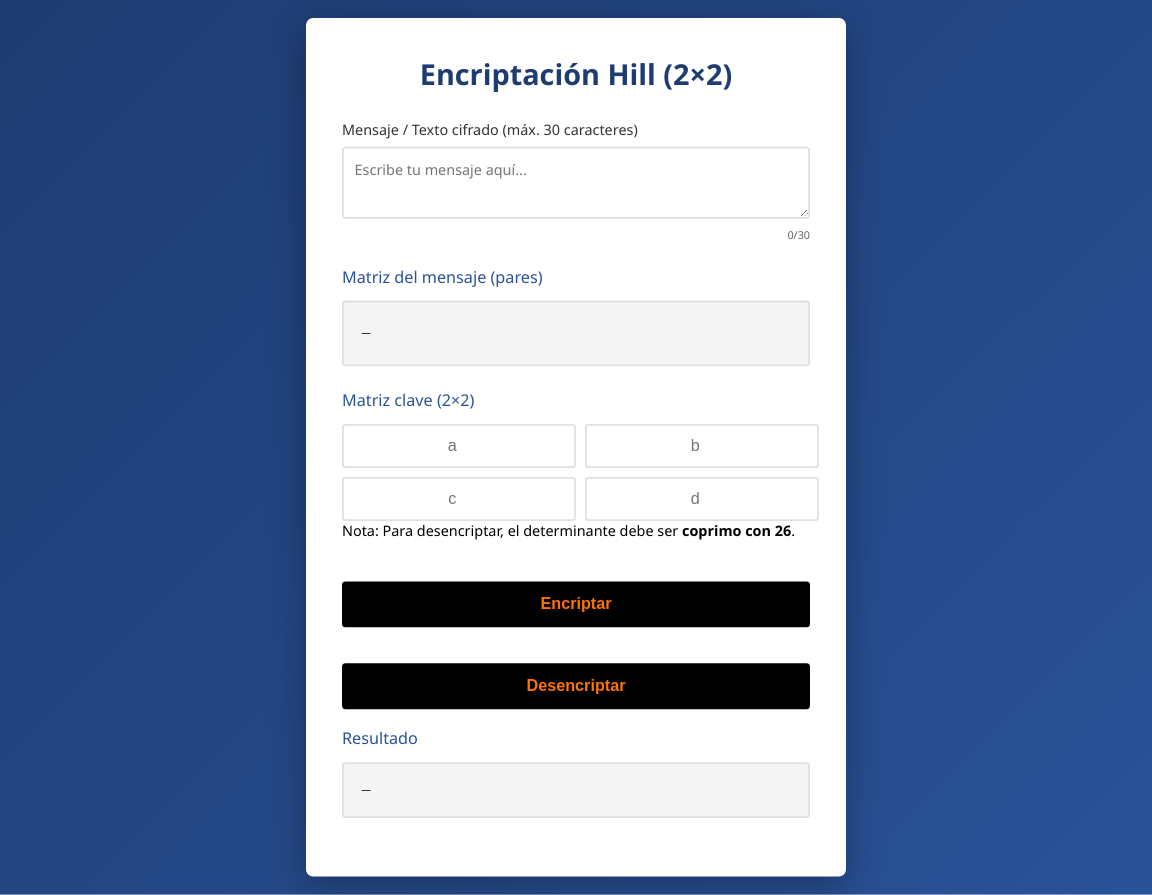
Repository: LeoTSW13/Clase-ejemplo-Algebra
Page: index.html
These files come from the project's save history. The page is drawn as it stood at one moment and after the next save; the edit follows.
The browser window is 1280 px wide. The pictures show the whole page, at 90% of full size.

Above is the page before, as saved 2025-11-26 10:31:40.

After the next save:
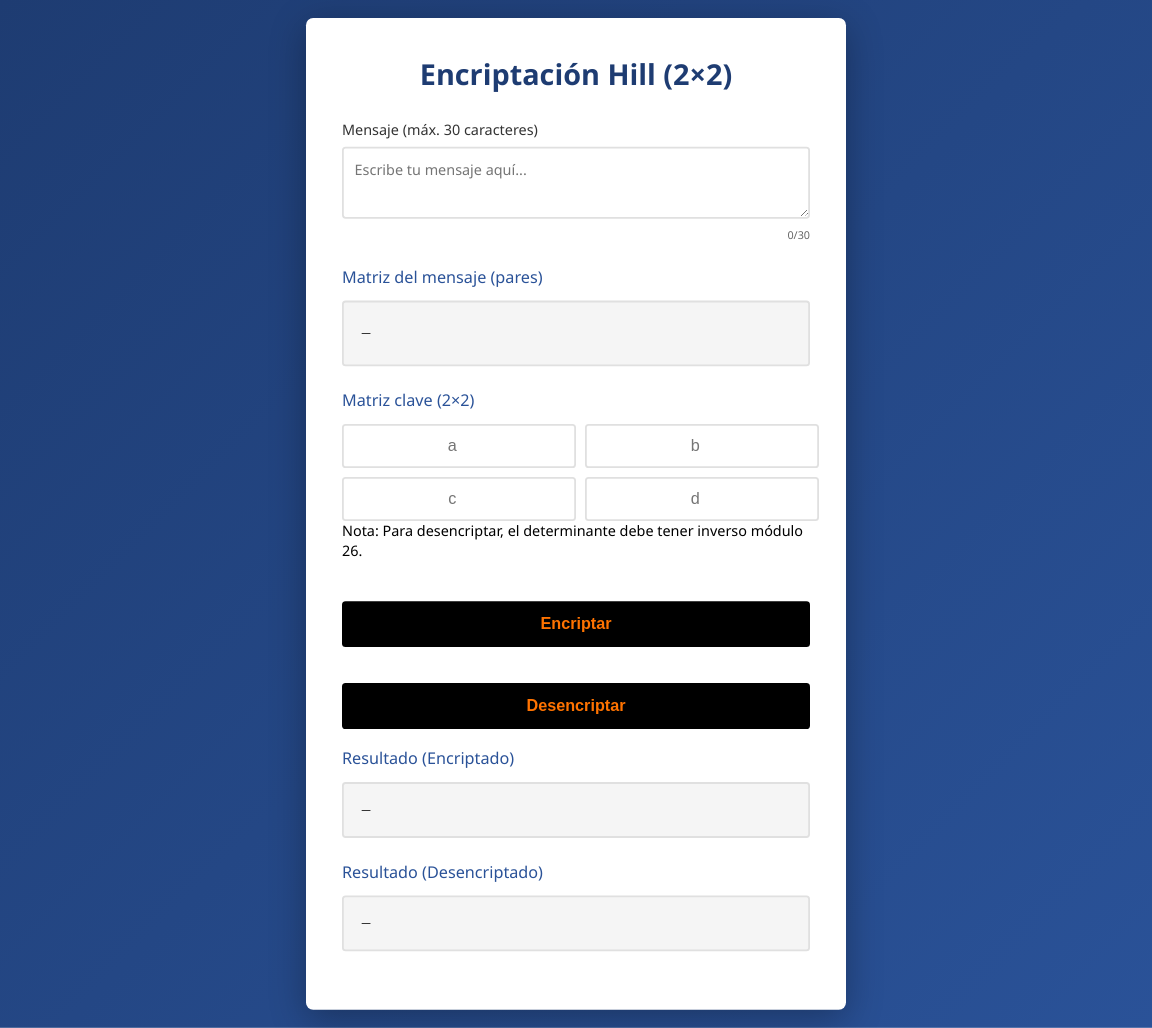
Saved 2 min 7 s later.
--- a/index.html
+++ b/index.html
@@ -10,17 +10,20 @@
     <div class="container">
         <h1>Encriptación Hill (2×2)</h1>
 
+        <!-- MENSAJE -->
         <div class="section">
-            <label for="mensaje">Mensaje / Texto cifrado (máx. 30 caracteres)</label>
+            <label for="mensaje">Mensaje (máx. 30 caracteres)</label>
             <textarea id="mensaje" maxlength="30" placeholder="Escribe tu mensaje aquí..."></textarea>
             <div class="char-count">0/30</div>
         </div>
 
+        <!-- MATRIZ DEL MENSAJE -->
         <div class="section">
             <h3>Matriz del mensaje (pares)</h3>
             <div id="matrizMensaje" class="matriz-display">—</div>
         </div>
 
+        <!-- MATRIZ CLAVE -->
         <div class="section">
             <h3>Matriz clave (2×2)</h3>
             <div class="matriz-input">
@@ -29,16 +32,27 @@
                 <input type="number" id="k21" placeholder="c">
                 <input type="number" id="k22" placeholder="d">
             </div>
-            <div class="hint">Nota: Para desencriptar, el determinante debe ser <b>coprimo con 26</b>.</div>
+            <div class="hint">
+                Nota: Para desencriptar, el determinante debe tener inverso módulo 26.
+            </div>
         </div>
 
+        <!-- BOTONES -->
         <button id="encriptar">Encriptar</button>
-        <button id="desencriptar">Desencriptar</button>
+        <button id="desencriptar" class="secondary">Desencriptar</button>
 
+        <!-- RESULTADO CIFRADO -->
         <div class="section">
-            <h3>Resultado</h3>
+            <h3>Resultado (Encriptado)</h3>
             <div id="resultado" class="resultado-box">—</div>
         </div>
+
+        <!-- RESULTADO DESCIFRADO -->
+        <div class="section">
+            <h3>Resultado (Desencriptado)</h3>
+            <div id="resultadoDes" class="resultado-box">—</div>
+        </div>
+
     </div>
 
     <script src="script.js"></script>
